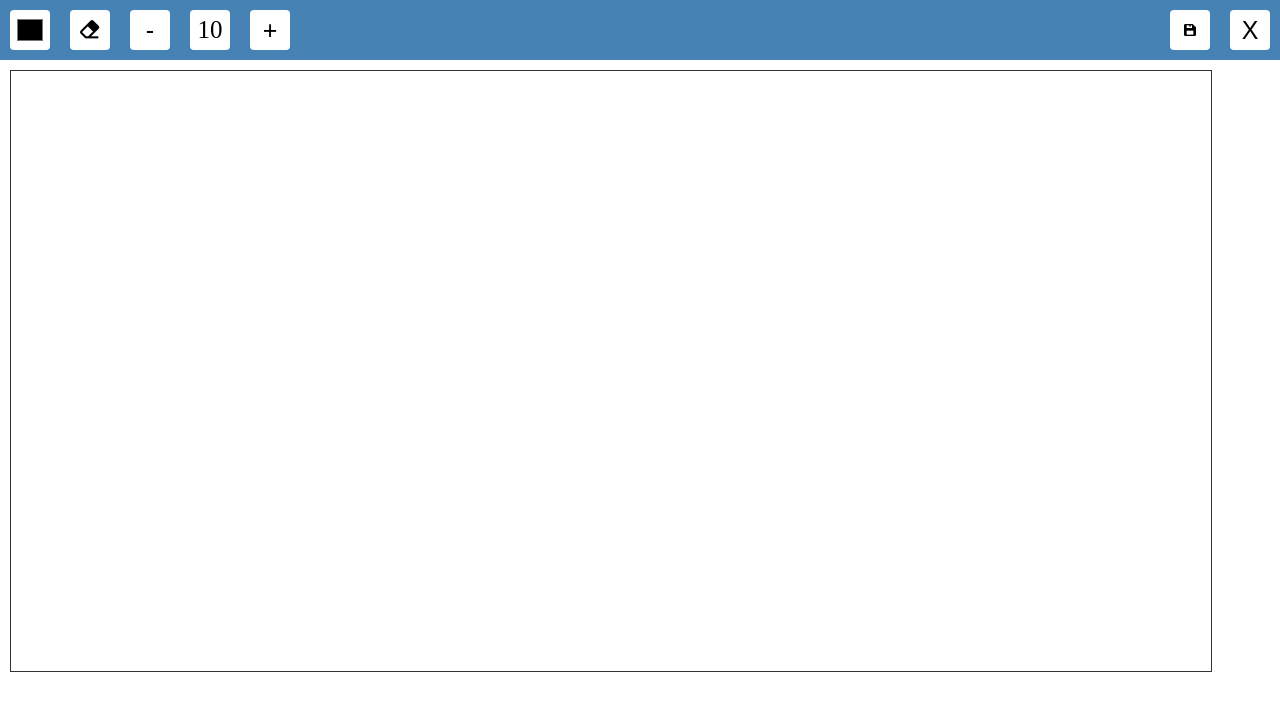
Repository: reminzuetto/DrawingApp
Page: index.html
An editor plug-in stored every save of this project. The page is shown before and after a run of saves, followed by the edit.
The browser window is 1280 px wide. The pictures show the whole page.

Above is the page before, as saved 2024-06-10 20:37:45.

After the next 2 saves:
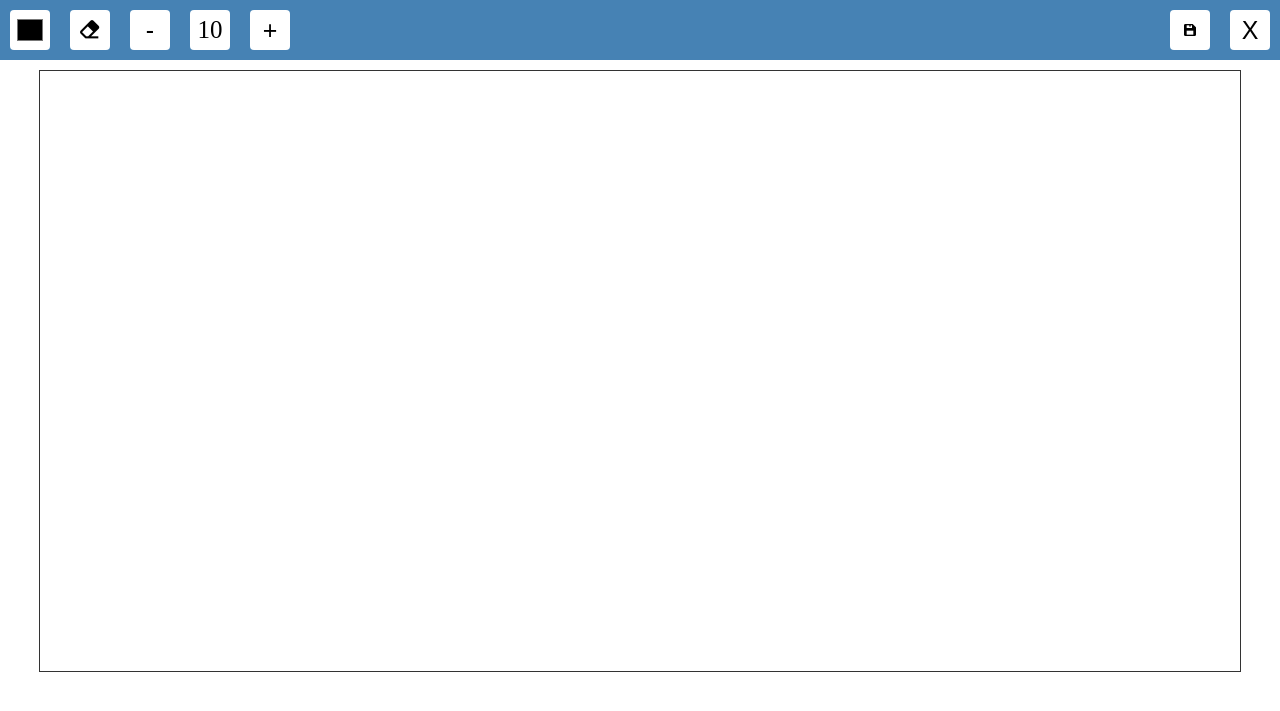
The 2 saves are shown as one change because they came seconds apart.
The last was saved 22 s later.
--- a/style.css
+++ b/style.css
@@ -11,7 +11,7 @@ body {
 canvas {
   position: relative;
   display: block;
-  margin: 10px 10px;
+  margin: 10px auto;
   border: 1px solid #333;
 }
 
